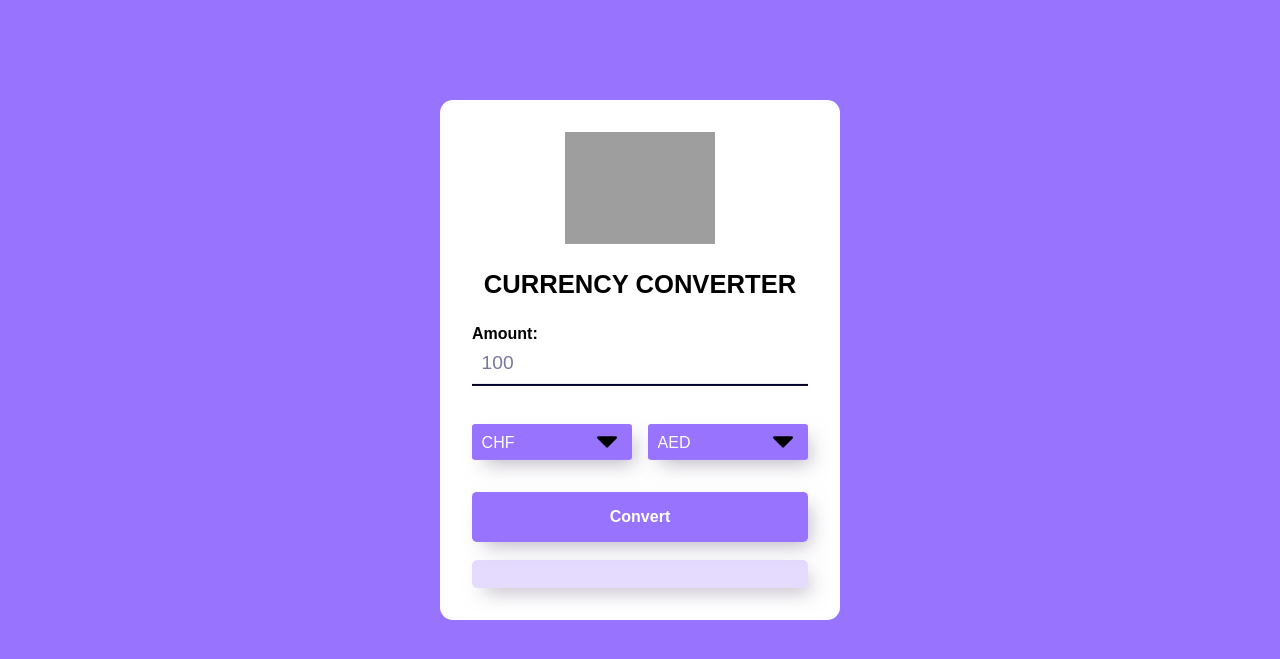
Repository: juansesu3/MoneyExchangeV4
Page: / (app in moneyConvertV4/)
An editor plug-in stored every save of this project. The page is shown before and after a run of saves, followed by the edit.
The browser window is 1280 px wide. The pictures show the whole page.
Pictures or frames that could not be fetched are drawn as grey boxes. The page's requests for data from a server got no answer. The project was rebuilt for these pictures with package versions that can differ from the ones it lists, and the page was loaded fresh each time. No one was signed in, and anything a server would have sent is missing. Also part of the build but not shown: moneyConvertV4/vite.config.js.

Above is the page before, as saved 2023-03-29 11:26:53.

After the next 6 saves:
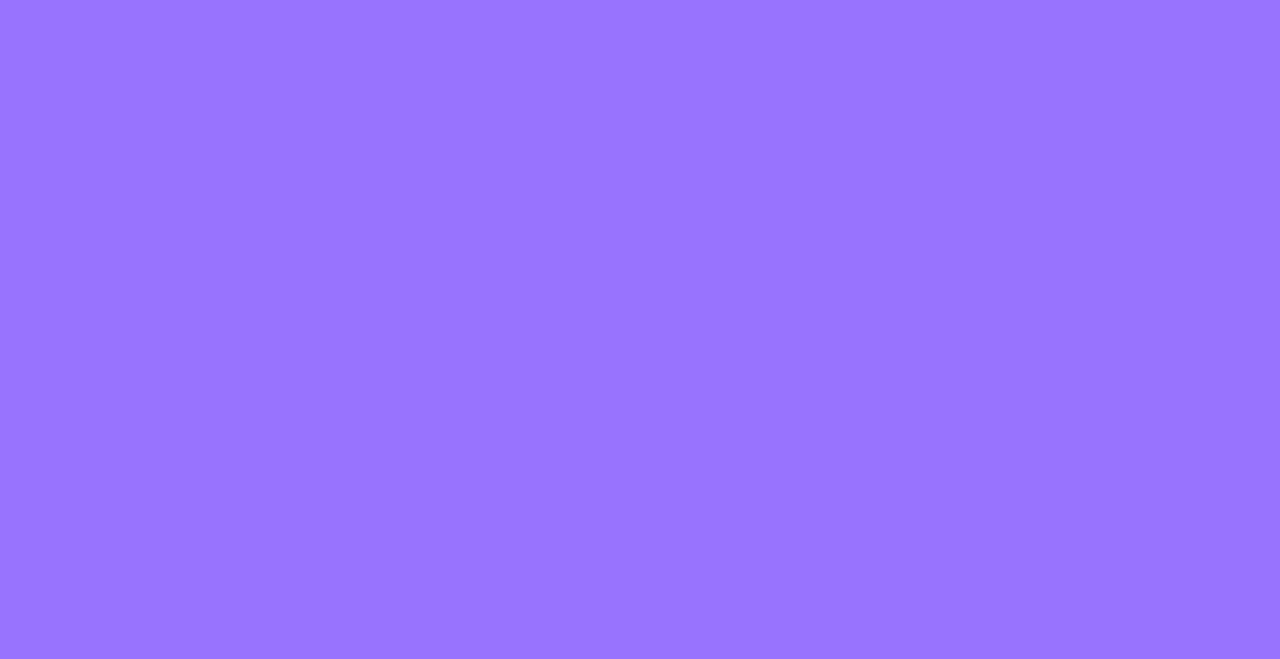
Console error (its wording comes from the project's code and is left out).
The 6 saves are shown as one change because they came seconds apart.
The last was saved 31 s later.
--- a/moneyConvertV4/src/App.jsx
+++ b/moneyConvertV4/src/App.jsx
@@ -227,7 +227,7 @@
         <input type="number" id="amount" value={intValue}  onChange={e => setIntValue(e.target.value )} />
 
         <div className="dropdowns">
-          <select id="from-currency-select" >{currencies.map((currency) => { return (<option>{entryCurrency}</option>) })}</select>
+          <select id="from-currency-select" >{currencies.map((currency) => { return (<option>{setEntryCurrency(currency)}</option>) })}</select>
           <select id="to-currency-select">{currencies.map((currency) => { return (<option>{currency}</option>) })}</select>
         </div>
         <button id="convert-button" onClick={() => { convertCurrency() }}>Convert</button>

After the save that followed:
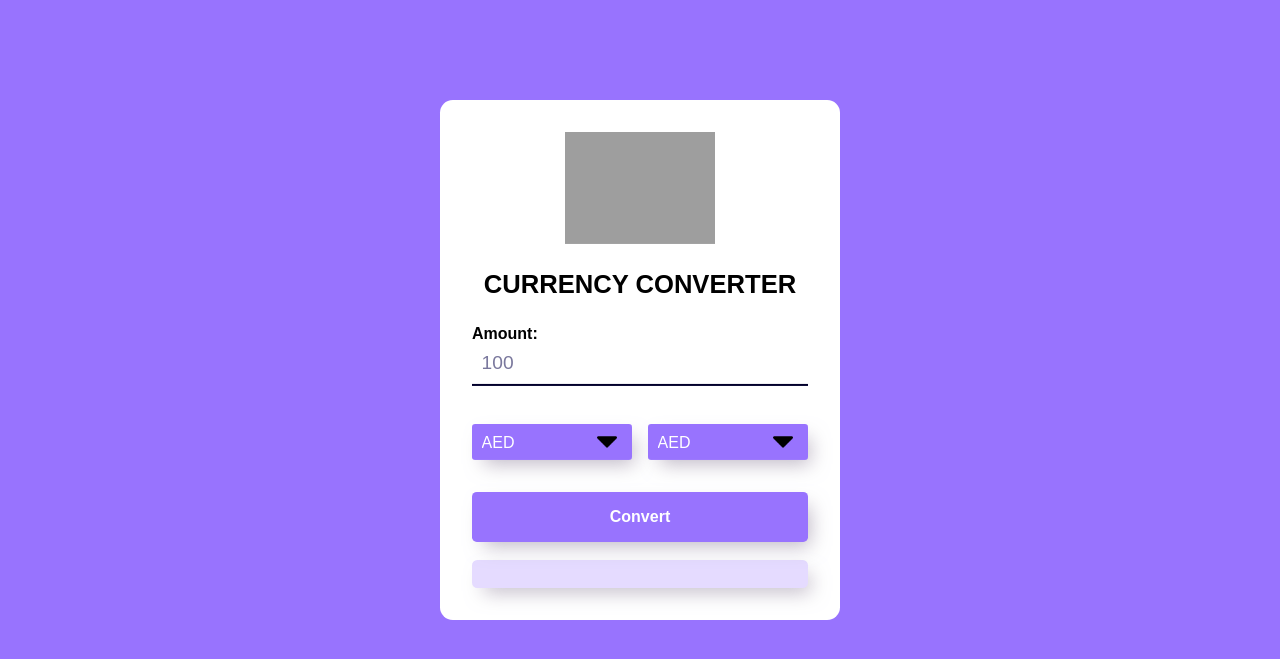
The error is gone.
Saved 21 s later.
--- a/moneyConvertV4/src/App.jsx
+++ b/moneyConvertV4/src/App.jsx
@@ -227,7 +227,7 @@
         <input type="number" id="amount" value={intValue}  onChange={e => setIntValue(e.target.value )} />
 
         <div className="dropdowns">
-          <select id="from-currency-select" >{currencies.map((currency) => { return (<option>{setEntryCurrency(currency)}</option>) })}</select>
+          <select id="from-currency-select" >{currencies.map((currency) => { return (<option>{currency}</option>) })}</select>
           <select id="to-currency-select">{currencies.map((currency) => { return (<option>{currency}</option>) })}</select>
         </div>
         <button id="convert-button" onClick={() => { convertCurrency() }}>Convert</button>
